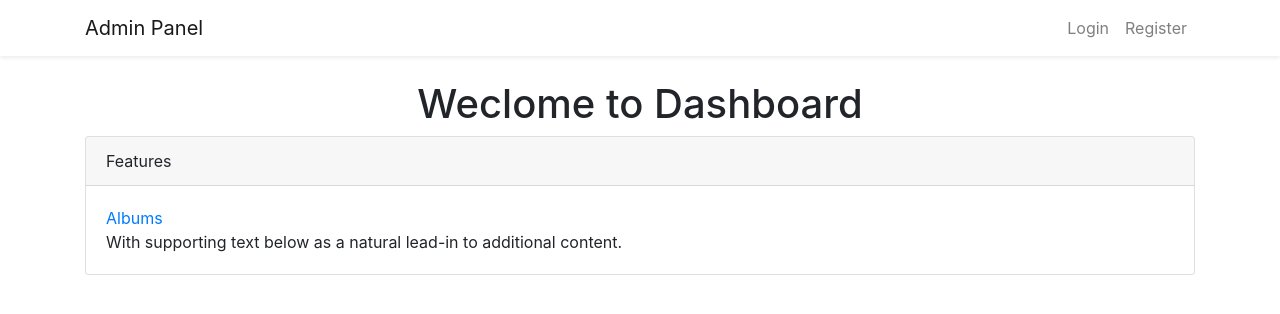
Repository: mohamedelbadawi/Simple-galley-using-laravel
Page: http://localhost/admin/dashboard
An editor plug-in stored every save of this project. The page is shown before and after the next save, followed by the edit.
The browser window is 1280 px wide. The pictures show the whole page.
The page is served by the project's Laravel application, run on PHP 8.4 with Laravel 8.

Above is the page before, as saved 2021-09-01 11:56:24.

After the next save:
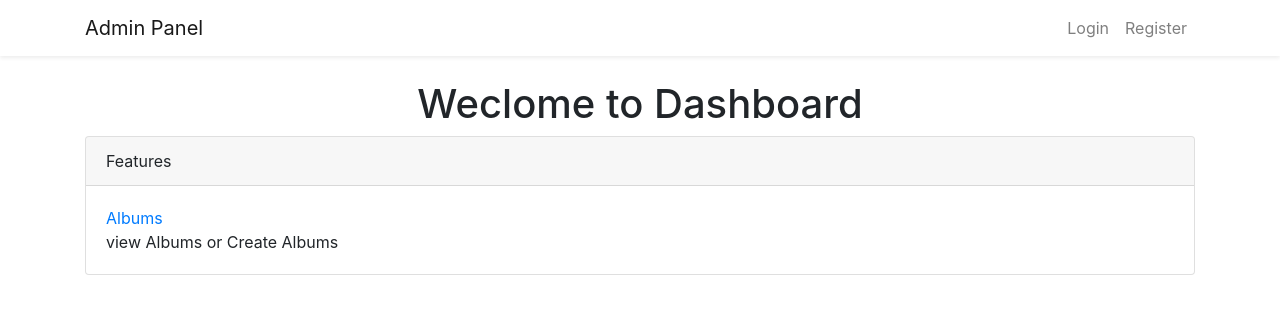
Saved 18 s later.
--- a/Gallery/resources/views/admin/Dashboard.blade.php
+++ b/Gallery/resources/views/admin/Dashboard.blade.php
@@ -11,7 +11,7 @@
             </div>
             <div class="card-body">
                 <a class="card-title" href="{{ route('album.index') }}">Albums</a>
-                <p class="card-text">With supporting text below as a natural lead-in to additional content.</p>
+                <p class="card-text">view Albums or Create Albums</p>
 
             </div>
         </div>
